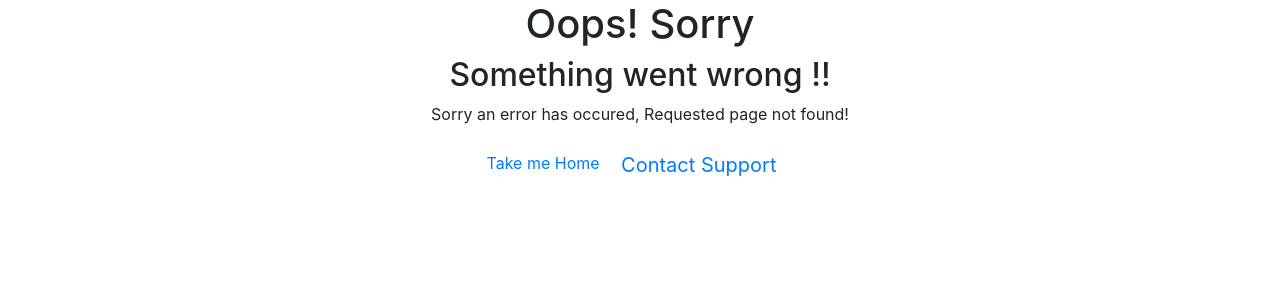
Repository: GovindParve/spring_mvc_maven_search_project
Page: http://localhost/springmvcsearch/WEB-INF/views/null_page.jsp
These files come from the project's save history. The page is drawn as it stood at one moment and after the next save; the edit follows.
The browser window is 1280 px wide. The pictures show the whole page.
Some web libraries are served in a nearby version. The page is served by Tomcat 9. Nobody is signed in. The template is opened directly, without the code that normally fills it, so the values that code supplies are empty.

Above is the page before, as saved 2023-06-18 18:03:16.

After the next save:
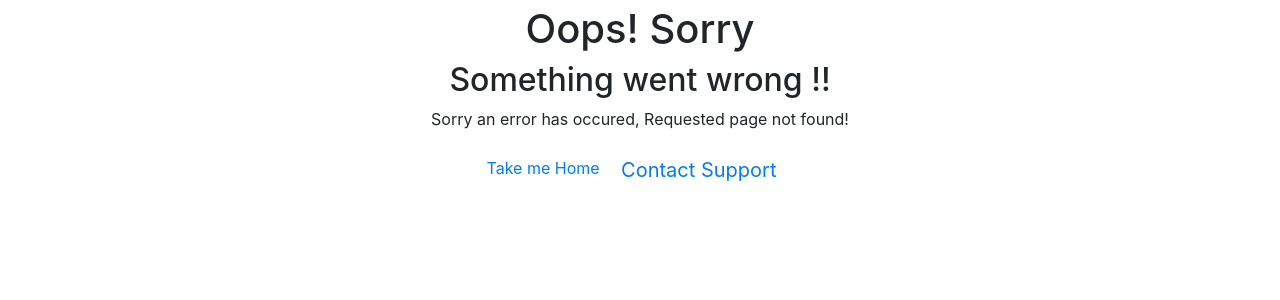
Saved 38 s later.
--- a/springmvcsearch/src/main/webapp/WEB-INF/views/null_page.jsp
+++ b/springmvcsearch/src/main/webapp/WEB-INF/views/null_page.jsp
@@ -29,7 +29,7 @@
 </head>
 <body>
 <%--   	<img alt="my image" src="<c:url value="/resources/image/tiger1.jpg" />"> --%>
-    <div class="container text-center m-6">
+    <div class="container text-center m-6" style="padding-top: 5px">
     	<h1>Oops! Sorry</h1>
     	<h2>Something went wrong !!</h2>
     	<div class="error-details">
